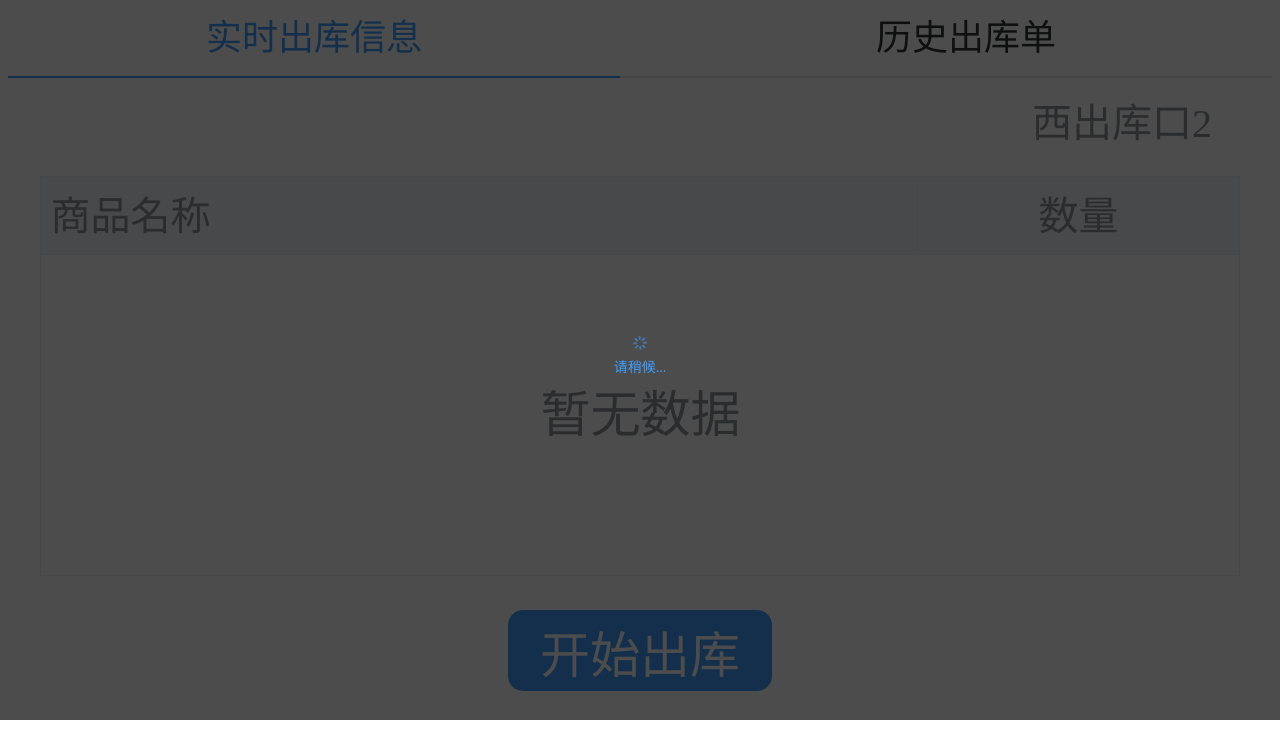
Repository: yaesass/yaesass
Page: / (app in scancode/)
The author's editor kept a copy of each file at every save. The page is drawn from the files as they stood at one save, then again after the next save.
The browser window is 1280 px wide. The pictures show the whole page.
The page's requests for data from a server got no answer. The project was rebuilt for these pictures with package versions that can differ from the ones it lists, and the page was loaded fresh each time. No one was signed in, and anything a server would have sent is missing. Also part of the build but not shown: scancode/vue.config.js.

Above is the page before, as saved 2022-07-04 13:32:34.

### scancode/src/App.vue
<template>
  <div id="app">
    <!-- Name {{ Name }} token {{ token }} Type {{ Type }} Remarks {{ Remarks }} -->
    <router-view></router-view>
  </div>
</template>
<script>
export default {
  name: "App",
  data() {
    return {
      // show: "",
      // activeName: "待生产订单",
      // list: [],
      // listLoading: true,
      // queryForm: {
      //   CurrentPage: 1,
      //   PageSize: 999999,
      // },
      // intervalId: null,
      // messageObj: "",
    };
  },
  created() {
    //获取winform数据
    let Name, token, Type, Remarks;
    // Name = this.getQueryString("Name");
    // token = "Bearer" + " " + this.getQueryString("token");
    // Type = this.getQueryString("DeliveryType");
    // Remarks = this.getQueryString("Remarks");
    token =
      "Bearer admin-accessToken-eyJ0eXAiOiJKV1QiLCJhbGciOiJIUzI1NiJ9.eyJpZCI6IkVBNDY5MDAwLUEwRTMtNDM2NS04OEU1LTYzNTk4MUQxNzM2NSIsIm5hbWUiOiLmiavnoIEifQ.ysDSnXIKlGLatjoH2wUIq0r65R8tv9DP_CH0vsOTbN0";
    Name = "out2";
    Type = "out";
    // Name = "in4";
    // Type = "in";
    Remarks = "西出库口2";
    if (Type == "in") {
      this.$router.push({
        name: "InStock",
        params: { Name, token, Type, Remarks },
      });
    } else {
      this.$router.push({
        name: "OutStock",
        params: { Name, token, Type, Remarks },
      });
    }
  },
  beforeDestroy() {
    // this.isDestroyed = true;
    // this.ws.close("测试");
  },
  methods: {
    //接收winform数据
    getQueryString(name) {
      var reg = new RegExp("(^|&)" + name + "=([^&]*)(&|$)");
      var r = window.location.search.substr(1).match(reg);
      if (r != null) return decodeURI(r[2]);
      return null;
    },
  },
};
</script>

### scancode/src/views/OutStock.vue
<template>
  <el-tabs v-model="activeName" @tab-click="handleClick">
    <el-tab-pane label="实时出库信息" class="counttable" name="实时出库信息">
      <div class="count">
        <div class="counttxt">{{ Remarks }}</div>
      </div>
      <el-table
        :data="tableData"
        border
        :header-cell-style="{
          background: '#F2F6FC',
          height: '48px',
          color: '#909399',
          fontSize: '40px',
        }"
        style="width: 95%; margin: 40px auto 0 auto; font-size: 50px"
        :cell-style="totalcellcolor"
        height="400"
        :row-style="{ height: '90px' }"
      >
        <el-table-column label="商品名称" style="heihgt: 97px" prop="Name">
        </el-table-column>
        <el-table-column align="center" label="数量" width="323">
          <template slot-scope="scope">
            <div style="color: red">{{ scope.row.Quantity }}</div>
          </template>
        </el-table-column>
      </el-table>
      <div v-if="outState" class="zero" @click="outStart()">
        <div class="btntxt">开始出库</div>
      </div>
      <div v-else class="zero" @click="EditOrderOutState()">
        <div class="btntxt">完成出库</div>
      </div>
    </el-tab-pane>
    <el-tab-pane
      :disabled="!outState"
      label="历史出库单"
      class="counttable"
      name="历史出库单"
    >
      <el-table
        :data="tableData"
        border
        :header-cell-style="{
          background: '#F2F6FC',
          height: '48px',
          color: '#909399',
          fontSize: '40px',
        }"
        style="width: 910px; margin: 40px auto; font-size: 25px"
        :cell-style="totalcellcolor"
        height="450"
        :row-style="{ height: '48px' }"
      >
        <el-table-column align="center" prop="product" label="产品名称">
        </el-table-column>
        <el-table-column align="center" prop="time" label="时间">
        </el-table-column>
        <el-table-column align="center" prop="num" label="出库数量">
        </el-table-column>
        <el-table-column align="center" prop="state" label="出库类型">
        </el-table-column>
      </el-table>
    </el-tab-pane>
  </el-tabs>
</template>

<script>
export default {
  name: "InStock",
  data() {
    return {
      token: "",
      Name: "",
      Type: "",
      Remarks: "",
      activeName: "实时出库信息",
      tableData: [], //列表数据
      outOrderId: "", //出库单单号
      ws: "", //websocket
      errMessage: "", //错误提示
      outState: true, //出库状态
    };
  },
  created() {
    this.token = this.$route.params.token;
    this.Name = this.$route.params.Name;
    this.Type = this.$route.params.Type;
    this.Remarks = this.$route.params.Remarks;
    this.getVoices = window.speechSynthesis.getVoices();
    // console.log("this.$route.params", this.$route.params);
  },
  mounted() {
    this.GetOrderOut();
  },

  destroyed() {
    // 在页面销毁
  },
  methods: {
    //选项卡
    handleClick(e) {
      console.log("点击tab", e.name);
      if (e.name == "实时出库信息") {
        this.GetOrderOut();
      } else {
        if (this.ws != "") {
          this.ws.onclose = function () {
            console.log("主动关闭websocket");
          };
          this.ws.close();
          this.ws = "";
        }
      }
    },
    //新建出库单
    outStart() {
      this.$loading({
        lock: true,
        text: "请稍候...",
        spinner: "el-icon-loading",
        background: "rgba(0, 0, 0, 0.7)",
      });
      let that = this;
      that.$axios
        .post(
          "https://www.moondeity.com:8308/api/Areas/OrderInfo/AddOrderOut",
          {
            Name: that.Name,
          },
          {
            headers: {
              Authorization: that.token,
            },
          }
        )
        .then(function (res) {
          let reqData = res.data;
          console.log("生成出库单", reqData);
          if (reqData.code == "200") {
            setTimeout(() => {
              that.GetOrderOut();
            }, 5000);
          } else {
            // wx.showToast({
            //   title: "加载失败，请稍后再试",
            //   icon: "none",
            //   duration: 1000,
            // });
          }
        })
        .catch(function (error) {
          console.log(error);
        });
    },

    //完成出库
    EditOrderOutState() {
      let that = this;
      that.$axios
        .post(
          "https://www.moondeity.com:8308/api/Areas/OrderInfo/EditOrderOutState",
          {
            Name: that.Name,
          },
          {
            headers: {
              Authorization: that.token,
            },
          }
        )
        .then(function (res) {
          let reqData = res.data;
          if (reqData.msg == "修改成功") {
            that.message("出库成功");
          } else {
            that.message(reqData.msg);
          }
          that.tableData = [];
          that.GetOrderOut();
        })
        .catch(function (error) {
          console.log(error);
        });
    },

    //查询已激活出库单
    GetOrderOut() {
      let that = this;
      this.$loading({
        lock: true,
        text: "请稍候...",
        spinner: "el-icon-loading",
        background: "rgba(0, 0, 0, 0.7)",
      });
      that.$axios
        .post(
          "https://www.moondeity.com:8308/api/Areas/OrderInfo/GetOrderOut",
          {
            Name: that.Name,
          },
          {
            headers: {
              Authorization: that.token,
            },
          }
        )
        .then(function (res) {
          let reqData = res.data;
          console.log("查询已激活出库单", reqData);
          if (reqData.code == "200") {
            if (reqData.msg == "无激活订单") {
              that.outState = true;
              that.$loading().close();
              //  that.outStart(); //没有激活的出库单 ，不处理
            } else if (reqData.msg == "查询成功") {
              that.outState = false;
              that.outOrderId = reqData.data.model.Id;
              that.GetOrderOutListDetail();
            } else {
              that.message(reqData.msg);
            }
          } else {
            that.message(reqData.msg);
          }
        })
        .catch(function (error) {
          console.log(error);
        });
    },

    //查询出库单明细
    GetOrderOutListDetail() {
      let that = this,
        OrderId = that.outOrderId;
      that.$axios
        .post(
          "https://www.moondeity.com:8308/api/Areas/OrderInfo/GetOrderOutListDetail",
          {
            OrderId,
          },
          {
            headers: {
              Authorization: that.token,
            },
          }
        )
        .then(function (res) {
          //   that.$loading().close();
          let reqData = res.data;
          console.log("查询出库单明细", reqData);
          if (that.ws != "") {
            that.ws.onclose = function () {
              console.log("主动关闭websocket");
            };
            that.ws.close();
            that.ws = "";
          }
          if (reqData.code == "200") {
            let dt = reqData.data.dts;
            if (dt == "") {
              that.tableData = [];
              // console.log("无返回", that.data.list);
            } else {
              that.tableData2 = new Object();
              that.tableData = [];
              that.listData(dt);
            }
            that.start();
          } else {
            that.message(reqData.msg);
          }
        })
        .catch(function (error) {
          console.log(error);
        });
    },

    listData(dt) {
      console.log("数据", dt);
      for (let i in dt) {
        let t = dt[i];
        // console.log("t", t);
        if (!this.tableData2[t.ProductId]) {
          // 如果没有这个商品
          this.tableData2[t.ProductId] = {
            Name: t.Name,
            Quantity: t.Quantity,
          };
        } else {
          this.tableData2[t.ProductId].Quantity += t.Quantity;
        }
      }
      this.tableData = [];
      for (let i in this.tableData2) {
        let t = this.tableData2[i];
        this.tableData[this.tableData.length] = {
          Name: t.Name,
          Quantity: t.Quantity,
        };
      }
      console.log("that.tableData2", this.tableData2);
      console.log("that.tableData", this.tableData);
    },

    //开始websocket
    start() {
      if (this.errMessage == "") {
        this.$loading({
          lock: true,
          text: "正在与服务器连接...",
          spinner: "el-icon-loading",
          background: "rgba(0, 0, 0, 0.7)",
        });
      }
      let webhttp = "ws://192.168.99.175:8383/" + this.Name;
      var that = this;
      if (window.WebSocket) {
        var wsImpl = window.WebSocket || window.MozWebSocket;
        that.ws = new wsImpl(webhttp);

        that.ws.onmessage = function (e) {
          console.log("Socket消息", e);
          if (e.data != "connect") {
            let temp = JSON.parse(e.data);
            if (temp.code == 200 && temp.msg == "成功") {
              let dt = temp.data.dt;

              console.log("websocket数据", dt);

              that.listData(dt);
              that.speak("入库成功");
            } else {
              that.message(temp.msg);
              // const h = that.$createElement;
              // let tempHtml = h(
              //   "p",
              //   {
              //     style:
              //       " width: 100%; display:flex;align-items: center;justify-content: space-between;",
              //   },
              //   [h("span", undefined, temp.msg)]
              // );
              // that.messageObj = that.$message({
              //   dangerouslyUseHTMLString: true,
              //   duration: 2000,
              //   type: "warning",
              //   message: tempHtml,
              //   customClass: "workShop_message",
              // });
            }
          }
        };
        that.ws.onopen = function () {
          // that.message("连接成功");
          that.$loading().close();

          if (that.errMessage != "") {
            that.errMessage.close();
            that.errMessage = "";
          }
        };
        that.ws.onclose = function (e) {
          console.log("close", e);

          that.reconnect();
        };
        that.ws.error = function () {
          console.log("error");

          that.reconnect();
        };
      }
    },

    reconnect() {
      console.log("reconnect连接断开");

      if (this.errMessage == "") {
        this.$loading().close();
        this.$loading({
          lock: true,
          text: "网络异常，重新连接中...",
          spinner: "el-icon-loading",
          background: "rgba(0, 0, 0, 0.7)",
        });
        const h = this.$createElement;
        let tempHtml = h(
          "p",
          {
            style:
              " width: 100%; display:flex;align-items: center;justify-content: space-between;",
          },
          [h("span", undefined, "网络异常，重新连接中")]
        );
        this.errMessage = this.$message({
          dangerouslyUseHTMLString: true,
          duration: 0,
          type: "error",
          message: tempHtml,
          customClass: "workShop_message",
        });
      }
      var that = this;
      setTimeout(function () {
        that.GetOrderOut();
      }, 5000);
    },

    //弹窗提示
    message(msg) {
      //console.log('message')
      if (msg == "success") {
        msg = "操作成功";
      }
      const h = this.$createElement;
      let tempHtml = h(
        "p",
        {
          style:
            " width: 100%; display:flex;align-items: center;justify-content: space-between;",
        },
        [h("span", undefined, msg)]
      );
      this.speak(msg);

      if (msg.indexOf("成功") != "-1") {
        this.$message({
          dangerouslyUseHTMLString: true,
          duration: 2000,
          type: "success",
          message: tempHtml,
          customClass: "workShop_message",
        });
        return true;
      } else if (msg == "网络连接失败") {
        this.$message({
          dangerouslyUseHTMLString: true,
          duration: 2000,
          type: "error",
          message: tempHtml,
          customClass: "workShop_message",
        });
        return false;
      } else {
        this.$message({
          dangerouslyUseHTMLString: true,
          duration: 2000,
          type: "error",
          message: tempHtml,
          customClass: "workShop_message",
        });
        return false;
      }
    },
    totalcellcolor({ row, column, rowIndex, columnIndex }) {
      row, column, rowIndex;
      if (columnIndex == 1) {
        return "color:red";
      }
    },

    speak(msg) {
      var msgSpeak = new SpeechSynthesisUtterance();
      // console.log(
      //   "window.speechSynthesis.getVoices()",
      //   window.speechSynthesis.getVoices()
      // );
      this.getVoices = window.speechSynthesis.getVoices()[2];
      msgSpeak.text = msg; // 文字内容
      msgSpeak.lang = this.getVoices.lang; // 使用的语言:中文
      msgSpeak.volume = 1; // 声音的音量，区间范围是0到1，默认是1。
      msgSpeak.rate = 1.25; // 设置播放语速，范围：0.1 - 10之间    正常为1倍播放
      msgSpeak.pitch = 2; // 表示说话的音高，数值，范围从0（最小）到2（最大）。默认值为1。
      msgSpeak.voice = this.getVoices;
      window.speechSynthesis.speak(msgSpeak);
    },
  },
};
</script>

<style>
.el-table {
  width: 100%;
  display: flex;
  flex-direction: column;
}

.el-table__body-wrapper {
  flex: 1;
}

.el-tabs__nav {
  width: 100%;
}
.el-tabs__item {
  margin-top: 10px;
  width: 50%;
  height: 60px;
  text-align: center;
  font-size: 36px;
  font-weight: 300;
  letter-spacing: 0em;
}

.count {
  display: flex;
  justify-content: right;
  margin: 20px 60px 20px 0;
}

.count .counttxt {
  font-size: 40px;
  font-weight: normal;
  line-height: 24px;
  letter-spacing: 0px;
  color: #909399;
}

.counttable .el-table .cell {
  line-height: 50px;
  font-weight: 300;
}

.workShop_message {
  width: 40%;
  font-size: 30px;
  color: #ff7d38;
}

.workShop_message .btn {
  padding: 5px 10px;
  cursor: pointer;
  background: #ffb89143;
  border: 2px solid #ffb89143;
  border-radius: 10px;
}

.zero {
  display: flex;
  margin: 34px auto;
  width: 264px;
  height: 81px;
  border-radius: 15px;
  background: #409eff;
}

.zero .btntxt {
  margin: auto;
  font-size: 50px;
  font-weight: 300;
  color: #ffffff;
}
</style>

Loaded but not shown: scancode/public/index.html (common file); scancode/src/router/index.js (42 lines, source omitted); scancode/src/main.js (17 lines, source omitted); scancode/src/views/InStock.vue (390 lines, source omitted)

After the next save:
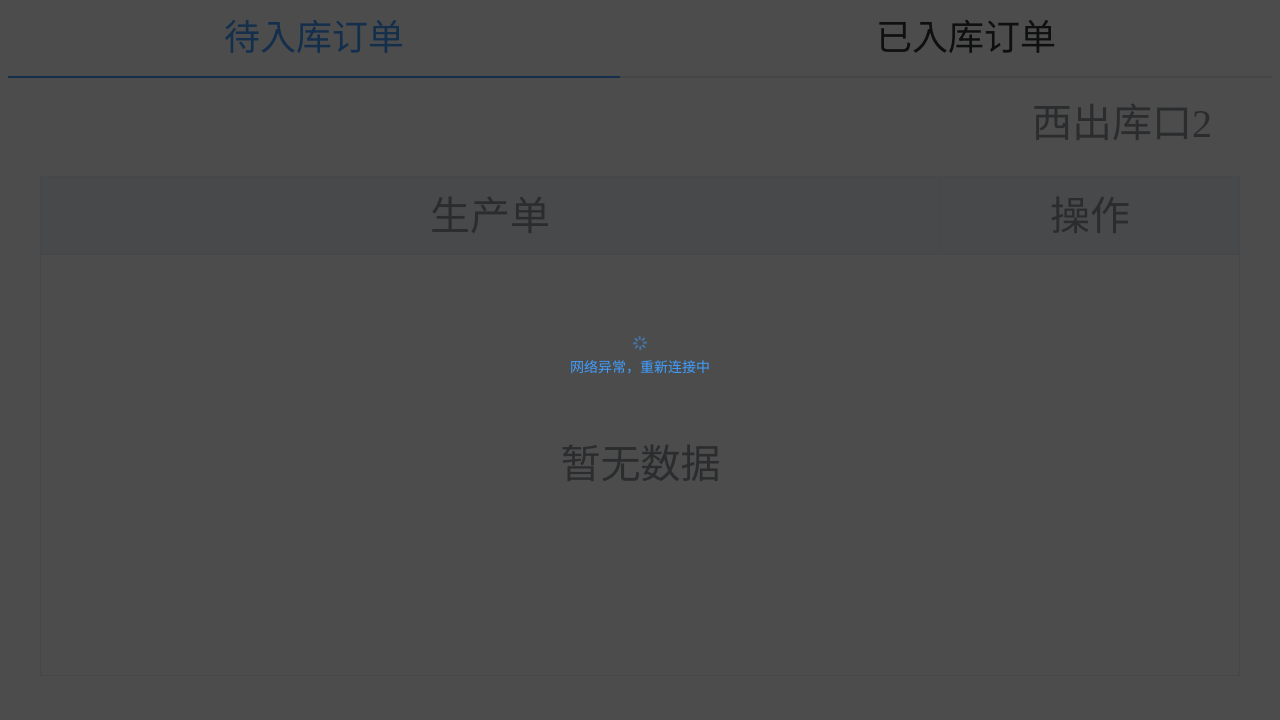
Saved 4 min 21 s later.
--- a/scancode/src/App.vue
+++ b/scancode/src/App.vue
@@ -32,8 +32,8 @@
       "Bearer admin-accessToken-eyJ0eXAiOiJKV1QiLCJhbGciOiJIUzI1NiJ9.eyJpZCI6IkVBNDY5MDAwLUEwRTMtNDM2NS04OEU1LTYzNTk4MUQxNzM2NSIsIm5hbWUiOiLmiavnoIEifQ.ysDSnXIKlGLatjoH2wUIq0r65R8tv9DP_CH0vsOTbN0";
     Name = "out2";
     Type = "out";
-    // Name = "in4";
-    // Type = "in";
+    Name = "in4";
+    Type = "in";
     Remarks = "西出库口2";
     if (Type == "in") {
       this.$router.push({
--- a/scancode/src/views/OutStock.vue
+++ b/scancode/src/views/OutStock.vue
@@ -292,14 +292,39 @@ export default {
           this.tableData2[t.ProductId].Quantity += t.Quantity;
         }
       }
-      this.tableData = [];
-      for (let i in this.tableData2) {
-        let t = this.tableData2[i];
-        this.tableData[this.tableData.length] = {
-          Name: t.Name,
-          Quantity: t.Quantity,
-        };
-      }
+      if (this.tableData == "") {
+        for (let i in this.tableData2) {
+          let t = this.tableData2[i];
+          this.tableData[this.tableData.length] = {
+            Name: t.Name,
+            Quantity: t.Quantity,
+          };
+        }
+      }
+      // else {
+      //   let key = false,
+      //     t;
+      //   for (let i in this.tableData) {
+      //     if (id == this.list[i].id) {
+      //       key = true;
+      //       t = i;
+      //       that.list[i].num = temp.data.Num;
+      //       break;
+      //     }
+      //   }
+      //   if (key) {
+      //     let temp = that.list[t];
+      //     that.list.splice(t, 1);
+      //     that.list.push(temp);
+      //   } else {
+      //     that.list.push({
+      //       id,
+      //       name,
+      //       num: temp.data.Num,
+      //     });
+      //   }
+      // }
+
       console.log("that.tableData2", this.tableData2);
       console.log("that.tableData", this.tableData);
     },
@@ -333,22 +358,6 @@ export default {
               that.speak("入库成功");
             } else {
               that.message(temp.msg);
-              // const h = that.$createElement;
-              // let tempHtml = h(
-              //   "p",
-              //   {
-              //     style:
-              //       " width: 100%; display:flex;align-items: center;justify-content: space-between;",
-              //   },
-              //   [h("span", undefined, temp.msg)]
-              // );
-              // that.messageObj = that.$message({
-              //   dangerouslyUseHTMLString: true,
-              //   duration: 2000,
-              //   type: "warning",
-              //   message: tempHtml,
-              //   customClass: "workShop_message",
-              // });
             }
           }
         };

After the save that followed:
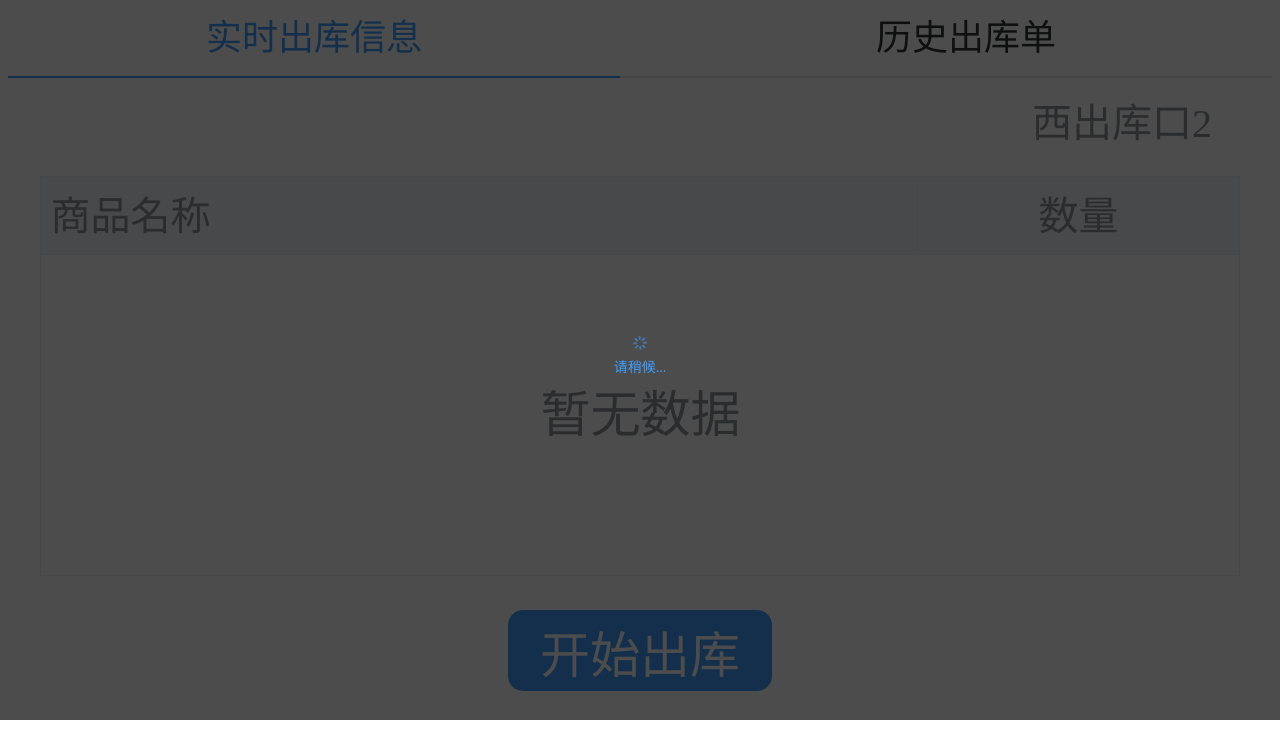
Saved 10 min 43 s later.
--- a/scancode/src/App.vue
+++ b/scancode/src/App.vue
@@ -32,8 +32,8 @@
       "Bearer admin-accessToken-eyJ0eXAiOiJKV1QiLCJhbGciOiJIUzI1NiJ9.eyJpZCI6IkVBNDY5MDAwLUEwRTMtNDM2NS04OEU1LTYzNTk4MUQxNzM2NSIsIm5hbWUiOiLmiavnoIEifQ.ysDSnXIKlGLatjoH2wUIq0r65R8tv9DP_CH0vsOTbN0";
     Name = "out2";
     Type = "out";
-    Name = "in4";
-    Type = "in";
+    // Name = "in4";
+    // Type = "in";
     Remarks = "西出库口2";
     if (Type == "in") {
       this.$router.push({
